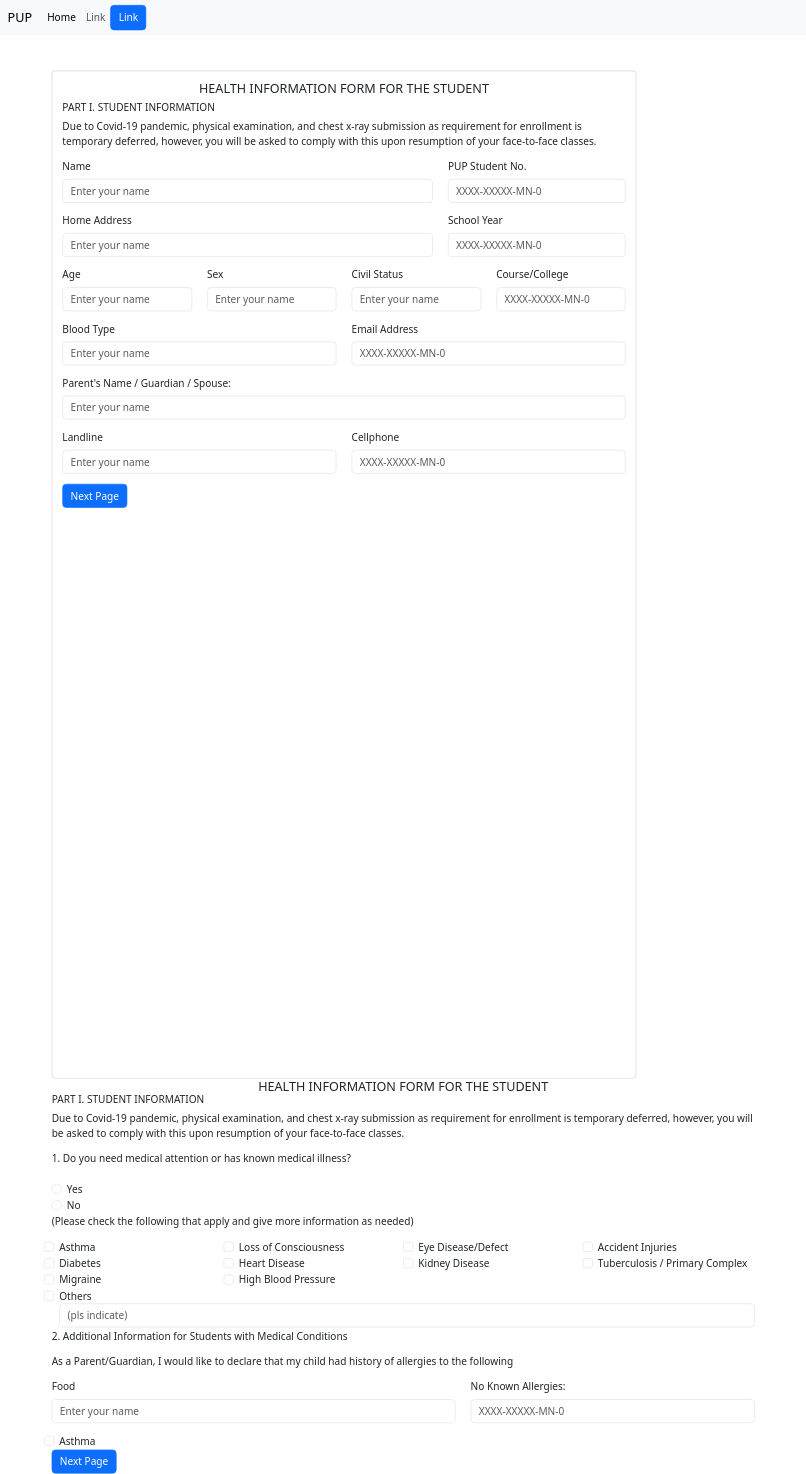
Repository: Nicktacku/webdev
Page: form.html
These files come from the project's save history. The page is drawn as it stood at one moment and after the next save; the edit follows.
The browser window is 1280 px wide. The pictures show the whole page, at 63% of full size.

Above is the page before, as saved 2024-07-15 19:00:15.

After the next save:
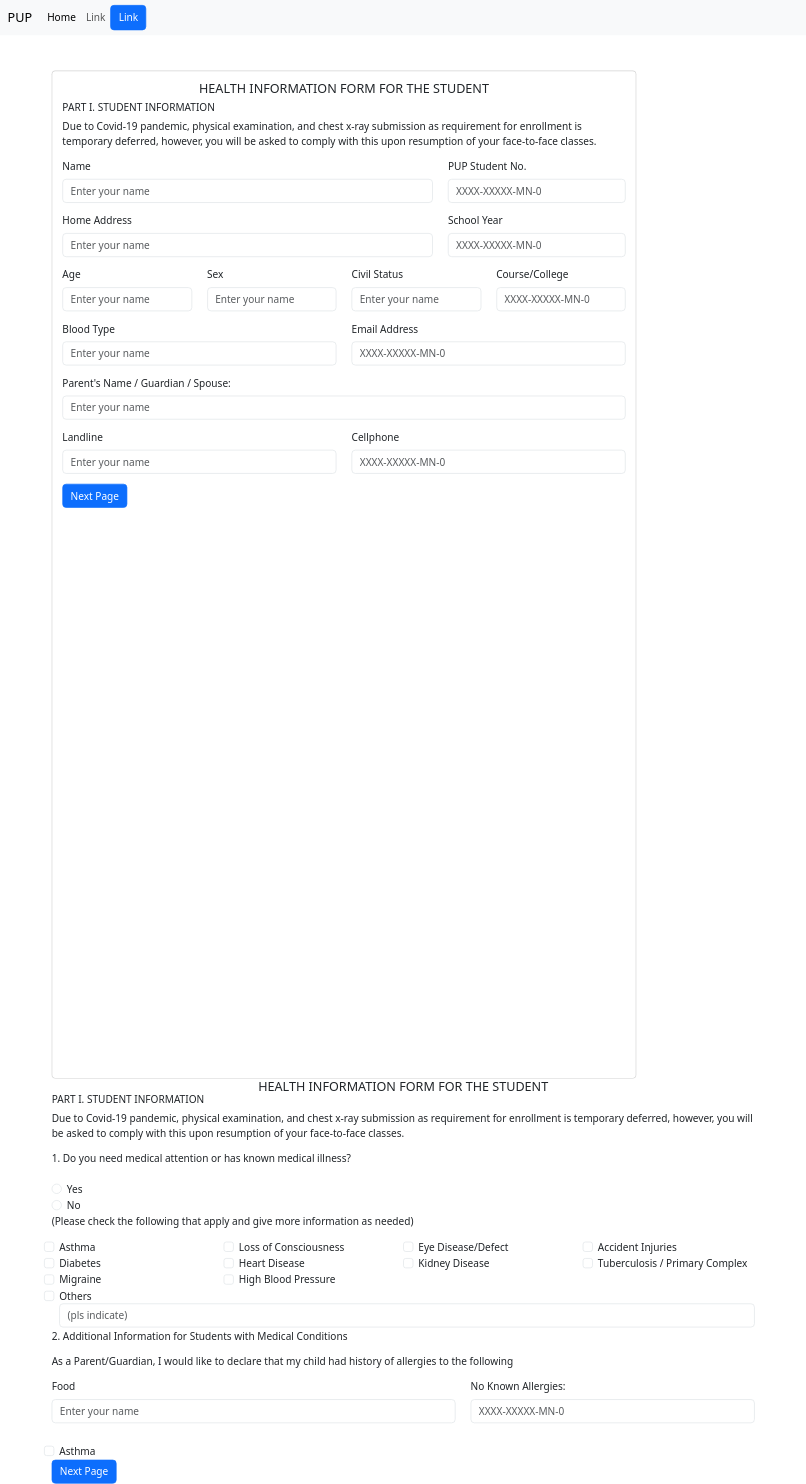
Saved 19 s later.
--- a/form.html
+++ b/form.html
@@ -270,7 +270,7 @@
                           </div>
                     </div>
 
-
+                        <p class="c0l-12"></p>
                         <div class="form-check col-3">
                             <input class="form-check-input" type="checkbox" value="" id="flexCheckDefault">
                             <label class="form-check-label" for="flexCheckDefault">
